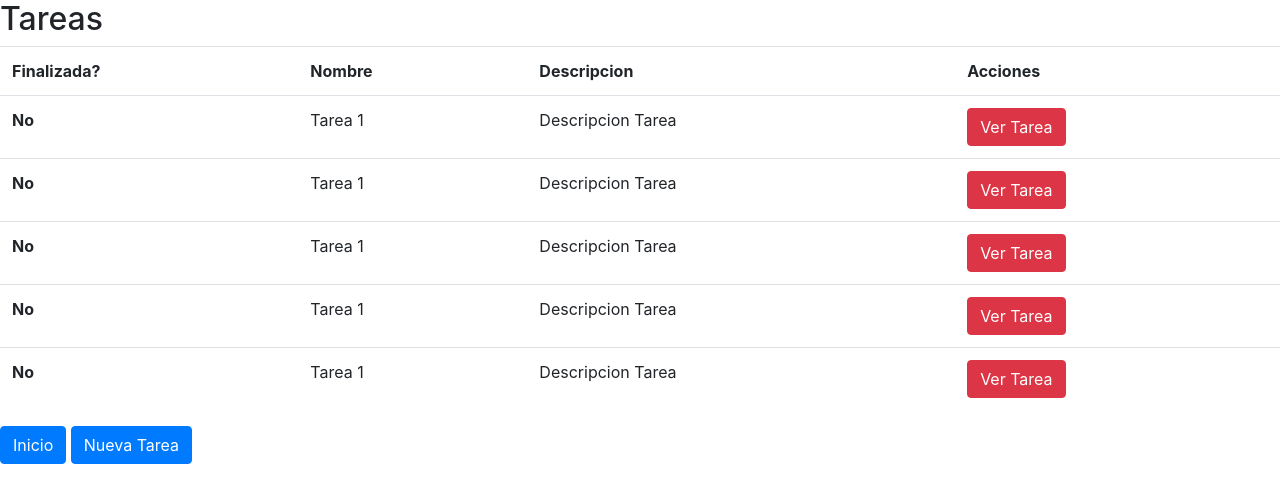
Repository: Alemartinez97/New-Repository
Page: programacion-3/tp4/tareas/lista.html
An editor plug-in stored every save of this project. The page is shown before and after the next save, followed by the edit.
The browser window is 1280 px wide. The pictures show the whole page.

Above is the page before, as saved 2020-06-11 16:07:10.

After the next save:
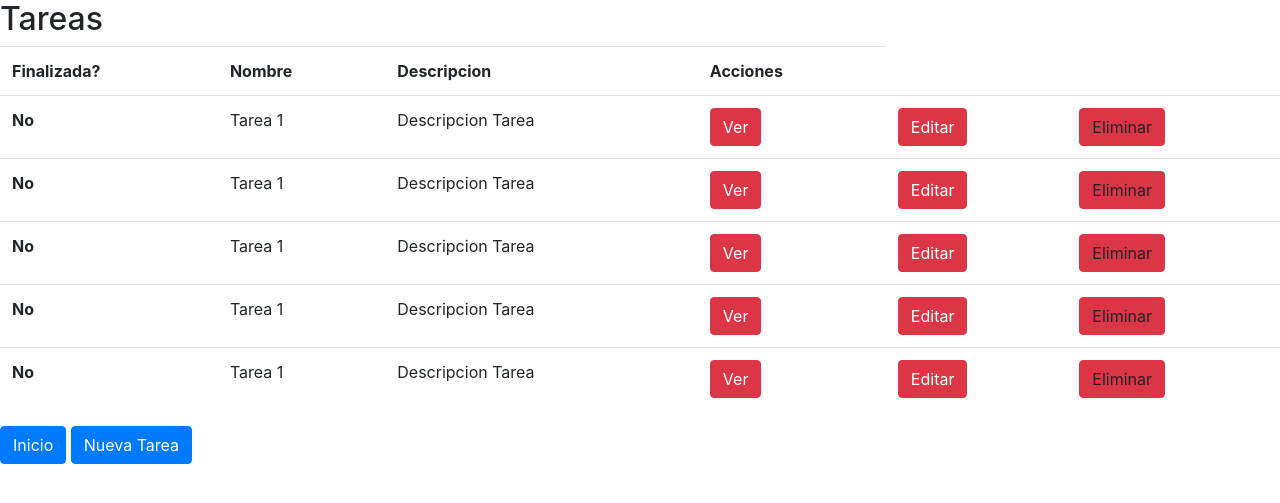
Saved 94 s later.
--- a/programacion-3/tp4/tareas/lista.html
+++ b/programacion-3/tp4/tareas/lista.html
@@ -20,31 +20,41 @@
             <th>No</th>
             <td>Tarea 1</td>
             <td>Descripcion Tarea</td>
-            <td><a href="ver/ver.html" class="btn btn-danger">Ver Tarea</a></td>
+            <td><a href="ver/ver.html" class="btn btn-danger">Ver</a></td>
+            <td><a href="ver/ver.html" class="btn btn-danger">Editar</a></td>
+            <td><a class="btn btn-danger">Eliminar</a></td>
           </tr>
           <tr>
             <th>No</th>
             <td>Tarea 1</td>
             <td>Descripcion Tarea</td>
-            <td><a href="ver/ver.html" class="btn btn-danger">Ver Tarea</a></td>
+            <td><a href="ver/ver.html" class="btn btn-danger">Ver</a></td>
+            <td><a href="ver/ver.html" class="btn btn-danger">Editar</a></td>
+            <td><a class="btn btn-danger">Eliminar</a></td>
           </tr>
           <tr>
             <th>No</th>
             <td>Tarea 1</td>
             <td>Descripcion Tarea</td>
-            <td><a href="ver/ver.html"class="btn btn-danger" >Ver Tarea</a></td>
+            <td><a href="ver/ver.html" class="btn btn-danger">Ver</a></td>
+            <td><a href="ver/ver.html" class="btn btn-danger">Editar</a></td>
+            <td><a class="btn btn-danger">Eliminar</a></td>
           </tr>
           <tr>
             <th>No</th>
             <td>Tarea 1</td>
             <td>Descripcion Tarea</td>
-            <td><a href="ver/ver.html" class="btn btn-danger">Ver Tarea</a></td>
+            <td><a href="ver/ver.html" class="btn btn-danger">Ver</a></td>
+            <td><a href="ver/ver.html" class="btn btn-danger">Editar</a></td>
+            <td><a class="btn btn-danger">Eliminar</a></td>
           </tr>
           <tr>
             <th>No</th>
             <td>Tarea 1</td>
             <td>Descripcion Tarea</td>
-            <td><a href="ver/ver.html" class="btn btn-danger">Ver Tarea</a></td>
+            <td><a href="ver/ver.html" class="btn btn-danger">Ver</a></td>
+            <td><a href="ver/ver.html" class="btn btn-danger">Editar</a></td>
+            <td><a class="btn btn-danger">Eliminar</a></td>
           </tr>
         </tbody>
       </table>
